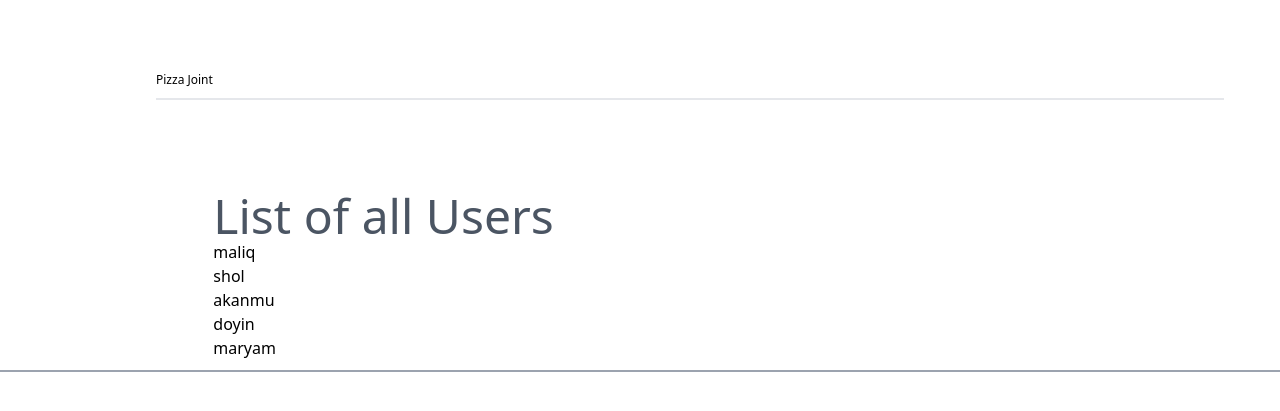
Repository: Marlstergo/listings
Page: / (app in client/)
The author's editor kept a copy of each file at every save. The page is drawn from the files as they stood at one save, then again after the next save.
The browser window is 1280 px wide. The pictures show the whole page.
The project was rebuilt for these pictures with package versions that can differ from the ones it lists, and the page was loaded fresh each time. Also part of the build but not shown: client/craco.config.js, client/src/components/Loader.js, client/src/components/Order.js, client/src/components/Modal.js. Imported but missing from the stored project, and not drawn on this page: client/src/components/Base, client/src/components/Toppings.

Above is the page before, as saved 2021-07-20 21:54:58.

### client/src/index.js
/* eslint-disable no-unused-vars */
import React from "react";
import ReactDOM from "react-dom";
import "./index.css";
import App from "./App";
import reportWebVitals from "./reportWebVitals";
import { BrowserRouter } from "react-router-dom";
import { Provider } from "react-redux";
import { store } from "./redux/store";
import { PersistGate } from "redux-persist/integration/react";
import { persistor } from "./redux/store";

ReactDOM.render(
  <React.StrictMode>
    <Provider store={store}>
      <BrowserRouter>
        <PersistGate persistor={persistor}>
          <App />
        </PersistGate>
      </BrowserRouter>
    </Provider>
  </React.StrictMode>,
  document.getElementById("root")
);

// If you want to start measuring performance in your app, pass a function
// to log results (for example: reportWebVitals(console.log))
// or send to an analytics endpoint. Learn more: https://bit.ly/CRA-vitals
reportWebVitals();

### client/src/App.js
import React, { useState } from 'react';
import { Route, Switch, useLocation } from "react-router-dom";
import Header from './components/Header';
import Home from './components/Home';
import Base from './components/Base';
import Toppings from './components/Toppings';
import Order from './components/Order';
import Modal from './components/Modal';
import { AnimatePresence } from 'framer-motion';

function App() {
  const location = useLocation();
  const showModal = true;

  return (
    <>
      <Header />
      {/* <Modal showModal={showModal} /> */}
      <AnimatePresence exitBeforeEnter>
        <Switch location={location} key={location.key}>
          <Route path="/">
            <Home />
          </Route>
          <Route path="/createUpdateUser">
            <Toppings />
          </Route>
          <Route path="/order">
            <Order />
          </Route>
          <Route path="/">
            <Home />
          </Route>
        </Switch>
      </AnimatePresence>

    </>
  );
}

export default App;

### client/src/redux/store.js
import { createStore, applyMiddleware } from "redux";
import { logger } from 'redux-logger';
import {persistStore} from 'redux-persist';
// import thunk from 'redux-thunk'
import createSagaMiddleware from 'redux-saga'

import rootSaga from './root-sagas'

import rootReducer from './root-reducer';

const sagaMiddleware = createSagaMiddleware()

const middleware = [sagaMiddleware];

if( process.env.NODE_ENV === 'development'){
    middleware.push(logger)
}

export const store = createStore(rootReducer, applyMiddleware(...middleware))

sagaMiddleware.run(rootSaga)

export const persistor = persistStore(store)

export default (store, persistor);

### client/src/components/Header.js
import React from 'react';
import { motion } from 'framer-motion';

const svgVariants = {
  hidden: { rotate: -180 },
  visible: {
    rotate: 0,
    transition: { duration : 1 }
  },
}

const pathVariants = {
  hidden: {
    opacity: 0,
    pathLength: 0,
  },
  visible: {
    opacity: 1,
    pathLength: 1,
    transition: {
      duration: 2,
      ease: "easeInOut",
    }
  }
};


const Header = () => {
  return (
    <header className='flex p-14  items-center'>
      <motion.div className="logo"
        drag
        dragConstraints={{ left: 0, top: 0, right: 0, bottom: 0 }}
        dragElastic={0.7}
      >
        <motion.svg className="w-[80px] overflow-visible" xmlns="http://www.w3.org/2000/svg" viewBox="0 0 100 100"
          variants={svgVariants}
          initial="hidden"
          animate="visible"
        >
          <motion.path
            fill="none"
            d="M40 40 L80 40 C80 40 80 80 40 80 C40 80 0 80 0 40 C0 40 0 0 40 0Z"
            variants={pathVariants}
          />
          <motion.path
            fill="none"
            d="M50 30 L50 -10 C50 -10 90 -10 90 30 Z"
            variants={pathVariants}
          />
        </motion.svg>
      </motion.div>
      <motion.div className=" flex-grow ml-[20px] text-xs"
        initial={{ y: -250}}
        animate={{ y: -10 }}
        transition={{ delay: 0.2, type: 'spring', stiffness: 120 }}
      >
        <h1 className="border-b-2 pb-[10px]">Pizza Joint</h1>
      </motion.div>
    </header>
  )
}

export default Header;

### client/src/components/Home.js
import React from "react";
import { Link } from "react-router-dom";
import { motion } from "framer-motion";
import Loader from "./Loader";

const buttonVariants = {
  hover: {
    scale: 1.1,
    textShadow: "0px 0px 8px rgb(255,255,255)",
    boxShadow: "0px 0px 8px rgb(255,255,255)",
    transition: {
      duration: 0.3,
      yoyo: 5,
    },
  },
};

const containerVariants = {
  hidden: {
    opacity: 0,
  },
  visible: {
    opacity: 1,
    transition: { delay: 1.5, duration: 1.5 },
  },
  exit: {
    x: "-100vh",
    transition: { ease: "easeInOut" },
  },
};
const users = ["maliq", "shol", "akanmu", "doyin", "maryam"];
const Home = () => {
  return (
    <motion.div
      className="  pb-[10px] mb-[10px] border-b-2 border-gray-400 flex flex-col items-center"
      variants={containerVariants}
      initial="hidden"
      animate="visible"
      exit="exit"
    >
      <div className="w-2/3 ">
        <h2 className="text-5xl text-gray-600">List of all Users</h2>
        <ul>
          {users.map(
            (user) => (
              <li>{user}</li>
            )
          )}

        </ul>
        {/* <table className="min-w-full divide-y divide-gray-200">
          <thead>
            <tr>
              <th className="px-6 py-3 bg-gray-50 text-left text-xs font-medium text-gray-500 uppercase tracking-wider">
                Transaction
              </th>
              <th className="px-6 py-3 bg-gray-50 text-right text-xs font-medium text-gray-500 uppercase tracking-wider">
                Amount
              </th>
              <th className="hidden px-6 py-3 bg-gray-50 text-left text-xs font-medium text-gray-500 uppercase tracking-wider md:block">
                Status
              </th>
              <th className="px-6 py-3 bg-gray-50 text-right text-xs font-medium text-gray-500 uppercase tracking-wider">
                Date
              </th>
            </tr>
          </thead>
        </table> */}
      </div>
    </motion.div>
  );
};

export default Home;

### client/src/redux/root-sagas.js
import {all, call} from 'redux-saga/effects'
import {userSagas} from './user/user.sagas'


export default function* rootSaga(){
    yield all([
        call(userSagas),
    ])
}

### client/src/redux/root-reducer.js
import {combineReducers} from 'redux'
import userReducer from './user/user.reducer'
// import cartReducer from './cart/cart.reducer'
import {persistReducer} from 'redux-persist'
import storage from 'redux-persist/lib/storage'
// import directoryReducer from './directory/directory.reducer'
// import shopReducer from './shop/shop.reducer'

const persistConfig ={
    key: 'root',
    storage,
    whitelist: ['' ]
}
const rootReducer = combineReducers({
    user: userReducer,

})
export default persistReducer(persistConfig, rootReducer)

### client/src/redux/user/user.sagas.js
import { all, call, put, takeLatest } from "redux-saga/effects";

import UserActionTypes from "./user.types";
import { loadUserDetail } from "./user.action";
// import axios from "axios";
// import { getUserDetailsURL } from "../../components/stringConstants";

export function* getDetails() {
  yield console.log("i fired");

  // try {
  //   console.log("inside try");

  //   const res = yield axios.get(getUserDetailsURL);
  //   const data = yield res.data;
  //   console.log(res);
  //   yield put(loadUserDetail(data ? data.data[0] : {}));
  // } catch (err) {
  //   console.log(err.response);
  //   if (err.response && err.response.statusText === "Not Found") {
  //     // console.log("");
  //     window.location.href = "/profile/settings?newUser=0837";
  //   }
  // }
}

export function* getUserDetails() {
  yield takeLatest(UserActionTypes.GET_USER_DETAIL, getDetails);
}
// export function* loadUserDetails(){
//     yield takeLatest(UserActionTypes.LOAD_USER_DETAIL, loadDetails)
// }

export function* userSagas() {
  yield all([call(getUserDetails)]);
}

### client/src/redux/user/user.reducer.js
import UserActionTypes from "./user.types";
const INITIAL_STATE = {
  // currentUser: null,
  userDetail: {},
  demo: 'i am demo',
  location: null

};
const userReducer = (state = INITIAL_STATE, action) => {
  switch (action.type) {

    case UserActionTypes.LOAD_USER_DETAIL:
      return {
        ...state,
        userDetail: action.payload,
      };

    case UserActionTypes.COLLECT_GEOLOCATION:
      return {
        ...state,
        location: action.payload
      }
    default:
      return state;
  }
};

export default userReducer;

### client/src/redux/user/user.types.js
const UserActionTypes ={
    GOOGLE_SIGN_IN_START : 'GOOGLE_SIGN_IN_START',
    SIGN_IN_SUCCESS : 'SIGN_IN_SUCCESS',
    SIGN_IN_FAILURE : 'SIGN_IN_FAILURE',
    GET_USER_DETAIL: 'GET_USER_DETAIL',
    LOAD_USER_DETAIL: 'LOAD_USER_DETAIL',
    COLLECT_GEOLOCATION: 'COLLECT_GEOLOCATION',
    FETCH_GEOLOCATION: 'FETCH_GEOLOCATION'
}
export default UserActionTypes;

### client/src/redux/user/user.action.js
import UserActionTypes from './user.types'



// export const googleSignInStart = () => ({
//     type: UserActionTypes.GOOGLE_SIGN_IN_START
// })

// export const signInSuccess = (user) => ({
//     type: UserActionTypes.SIGN_IN_SUCCESS,
//     payload: user
// })

export const getUserDetail = () => ({
    type: UserActionTypes.GET_USER_DETAIL,

})
export const loadUserDetail = (details) => ({
    type: UserActionTypes.LOAD_USER_DETAIL,
    payload: details
})

export const fetchGeoloction = () => ({
    type: UserActionTypes.FETCH_GEOLOCATION
})
export const collectGeolocation = (location) => ({
    type: UserActionTypes.COLLECT_GEOLOCATION,
    payload: location
})
// })

### client/tailwind.config.js
  // tailwind.config.js
  module.exports = {
    mode:'jit',
    purge: ['./src/**/*.{js,jsx,ts,tsx}', './public/index.html'],
     darkMode: false, // or 'media' or 'class'
     theme: {
       extend: {},
     },
     variants: {
       extend: {},
     },
     plugins: [],
   }

Loaded but not shown: client/public/index.html (common file); client/src/index.css (common file); client/src/reportWebVitals.js (common file)

After the next save:
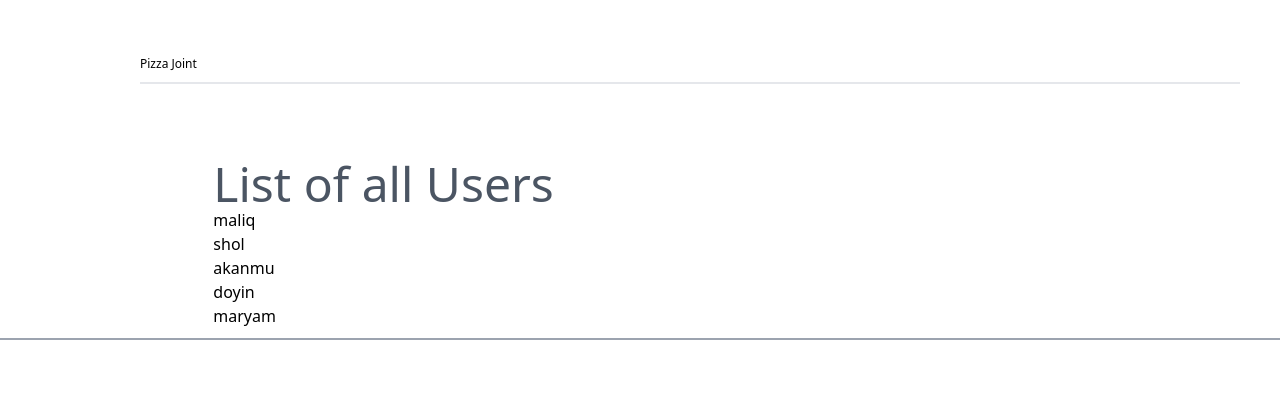
Saved 3 s later.
--- a/client/src/components/Header.js
+++ b/client/src/components/Header.js
@@ -27,7 +27,7 @@ const pathVariants = {
 
 const Header = () => {
   return (
-    <header className='flex p-14  items-center'>
+    <header className='flex p-[40px]  items-center'>
       <motion.div className="logo"
         drag
         dragConstraints={{ left: 0, top: 0, right: 0, bottom: 0 }}
